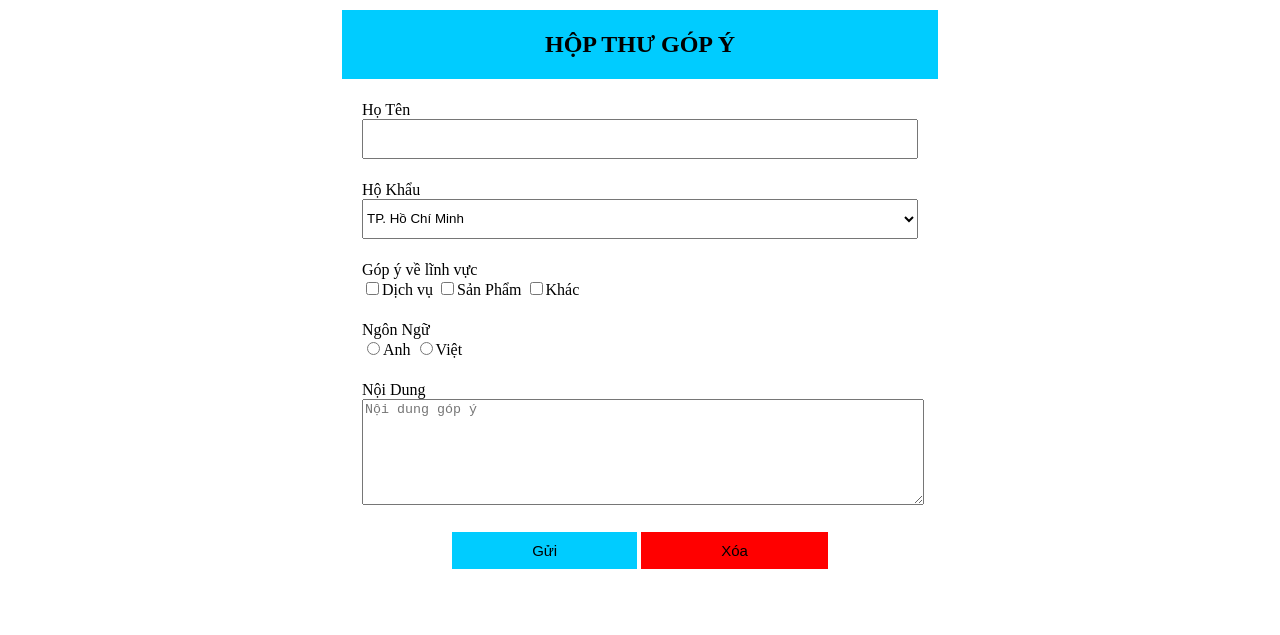
Repository: Tan-Khang21/TH_TKW--Buoi_04
Page: Bai_Tap_Ve_Nha/Bai_02/form8.html
An editor plug-in stored every save of this project. The page is shown before and after the next save, followed by the edit.
The browser window is 1280 px wide. The pictures show the whole page.

Above is the page before, as saved 2024-03-07 16:44:07.

### Bai_Tap_Ve_Nha/Bai_02/form8.html
<!DOCTYPE html>
<html lang="en">
<head>
    <meta charset="UTF-8">
    <meta name="viewport" content="width=device-width, initial-scale=1.0">
    <title>Document</title>
</head>
<body>
    <form style="width: 600px; margin: 0 auto;" >
<table  style="width: 600px;">
    <tr>
        <th bgcolor="#00ccff"><h2 style="text-transform: uppercase;">hộp thư góp ý</h2></th>
    </tr>
    <tr>
        <td style="padding: 20px">
          <span>Họ Tên</span>
          <br />
          <input
            type="text"
            style="width: 100%; height: 40px; box-sizing: border-box"
          />
        </td>
      </tr>
      <tr>
        <td style="padding: 0px 20px 20px 20px">
          <span>Hộ Khẩu</span>
          <br />
          <select style="width: 100%; height: 40px; box-sizing: border-box">
            <option value="">TP. Hồ Chí Minh</option>
            <option value="">Đồng Nai</option>
            <option value="">Bến Tre</option>
          </select>
        </td>
      </tr>
      <tr>
        <td style="padding: 0px 20px 20px 20px">
          <span>Góp ý về lĩnh vực</span>
          <br />
          <input type="checkbox">Dịch vụ
          <input type="checkbox">Sản Phẩm
          <input type="checkbox">Khác
        </td>
      </tr>
      <tr>
        <td style="padding: 0px 20px 20px 20px">
          <span>Ngôn Ngữ</span>
          <br />
          <input type="radio" name="language">Anh
          <input type="radio" name="language">Việt
        </td>
      </tr>
      <tr>
        <td style="padding: 0px 20px 20px 20px">
          <span>Nội Dung</span>
          <br />
         <textarea placeholder="Nội dung góp ý" style="resize: vertical; width: 100%;height: 100px;"></textarea>
        </td>
      </tr>
      <tr>
        <th>
            <input type="button" value="Gửi" style="background-color:#00ccff; padding: 10px 80px; font-size: 15px; border: none;">
            <input type="button" value="Xóa" style="background-color:red; padding: 10px 80px; font-size: 15px; border: none; margin-bottom: 20px;">
        </th>
      </tr>
</table>
    </form>
</body>
</html>

After the next save:
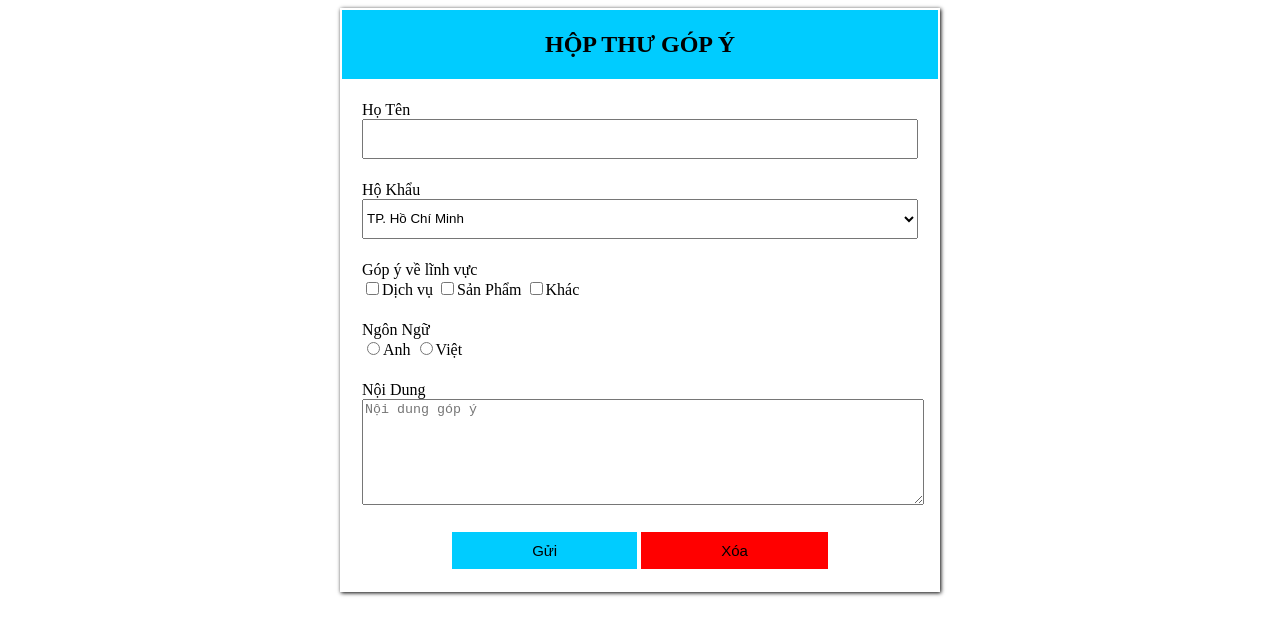
Saved 2 min 29 s later.
--- a/Bai_Tap_Ve_Nha/Bai_02/form8.html
+++ b/Bai_Tap_Ve_Nha/Bai_02/form8.html
@@ -6,7 +6,7 @@
     <title>Document</title>
 </head>
 <body>
-    <form style="width: 600px; margin: 0 auto;" >
+    <form style="width: 600px; margin: 0 auto; box-shadow: 1px 1px 4px black;" >
 <table  style="width: 600px;">
     <tr>
         <th bgcolor="#00ccff"><h2 style="text-transform: uppercase;">hộp thư góp ý</h2></th>
